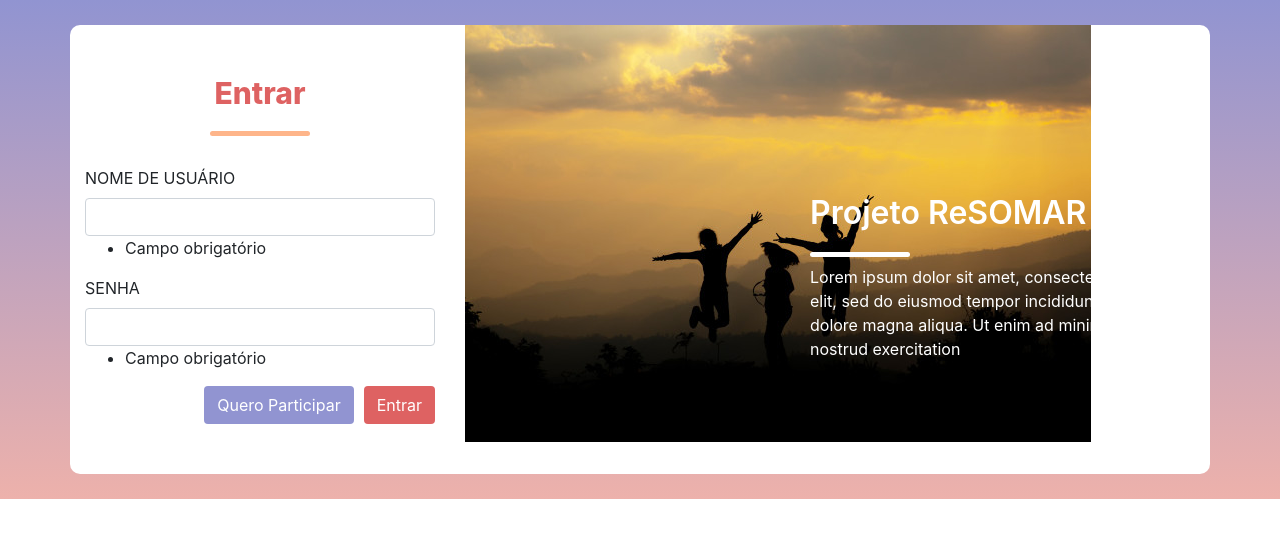
Repository: juniorSchulz17/reSOMAR
Page: Resomar/WebContent/View/login/login.html
These files come from the project's save history. The page is drawn as it stood at one moment and after the next save; the edit follows.
The browser window is 1280 px wide. The pictures show the whole page.

Above is the page before, as saved 2018-12-11 22:46:44.
Console error: TypeError: Cannot read properties of undefined (reading 'fn')

After the next save:
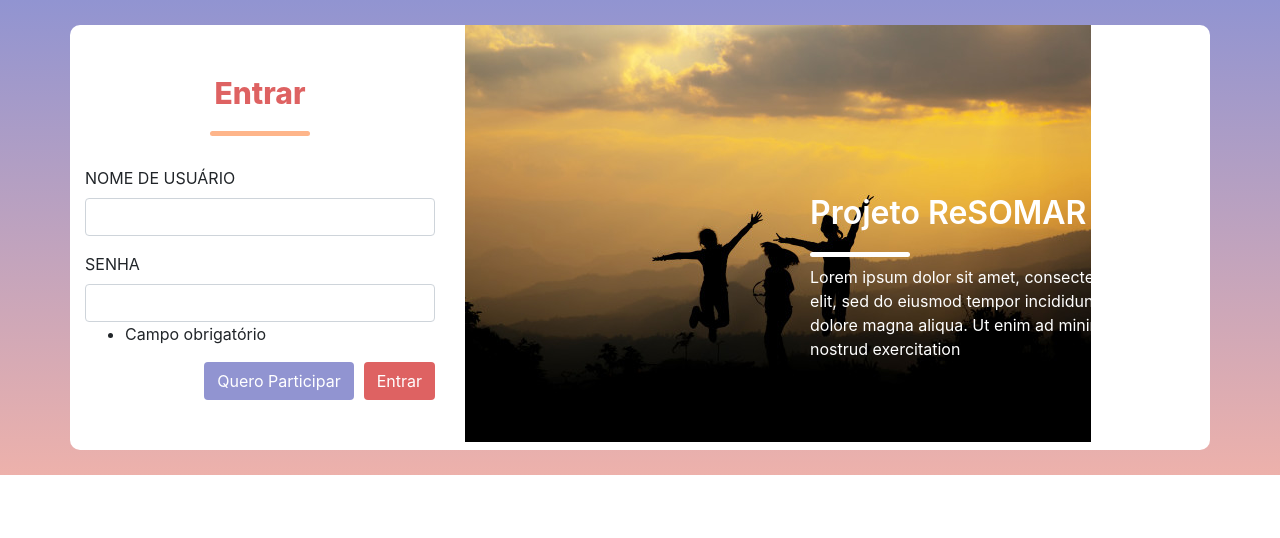
Saved 80 s later.
--- a/Resomar/WebContent/View/login/login.html
+++ b/Resomar/WebContent/View/login/login.html
@@ -22,13 +22,13 @@
           <div class="form-group">
             <label for="userName" class="text-uppercase">Nome de Usuário</label>
             <input type="text" class="form-control" id="userName" placeholder="" name="userName" required>
-            <span class="help-block">
-              <ul>
-                <li>
-                  Campo obrigatório
-                </li>
-              </ul>
-            </span>
+<!--             <span class="help-block"> -->
+<!--               <ul> -->
+<!--                 <li> -->
+<!--                   Campo obrigatório -->
+<!--                 </li> -->
+<!--               </ul> -->
+<!--             </span> -->
           </div>
 
           <div class="form-group">
